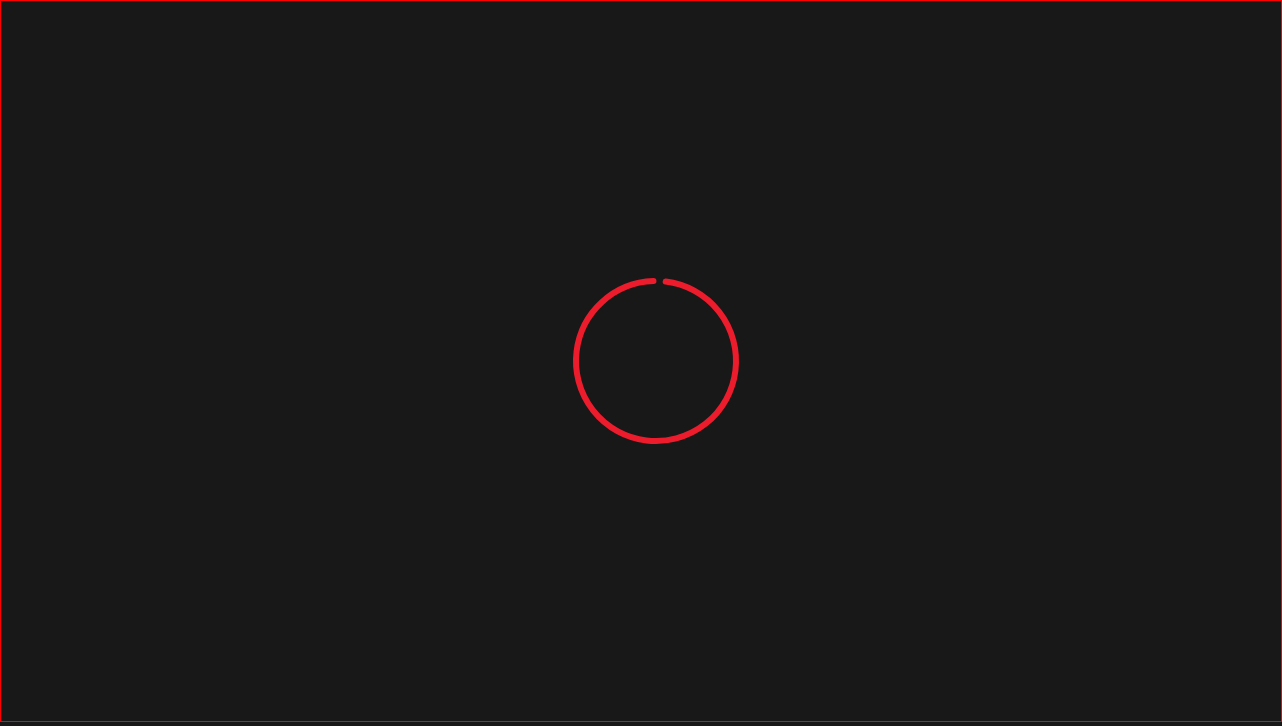
Repository: randy918/chris-canvas-52323
Page: index.html
An editor plug-in stored every save of this project. The page is shown before and after the next save, followed by the edit.
The browser window is 1280 px wide. The page is 1282 px wide, so the pictures cover 1282 px, including what lies to the right of the window. The pictures show the whole page.
The style sheet was rebuilt from its Sass, Less or Tailwind sources for each picture, by a compiler version that may differ from the author's.

Above is the page before, as saved 2023-05-28 16:29:58.

After the next save:
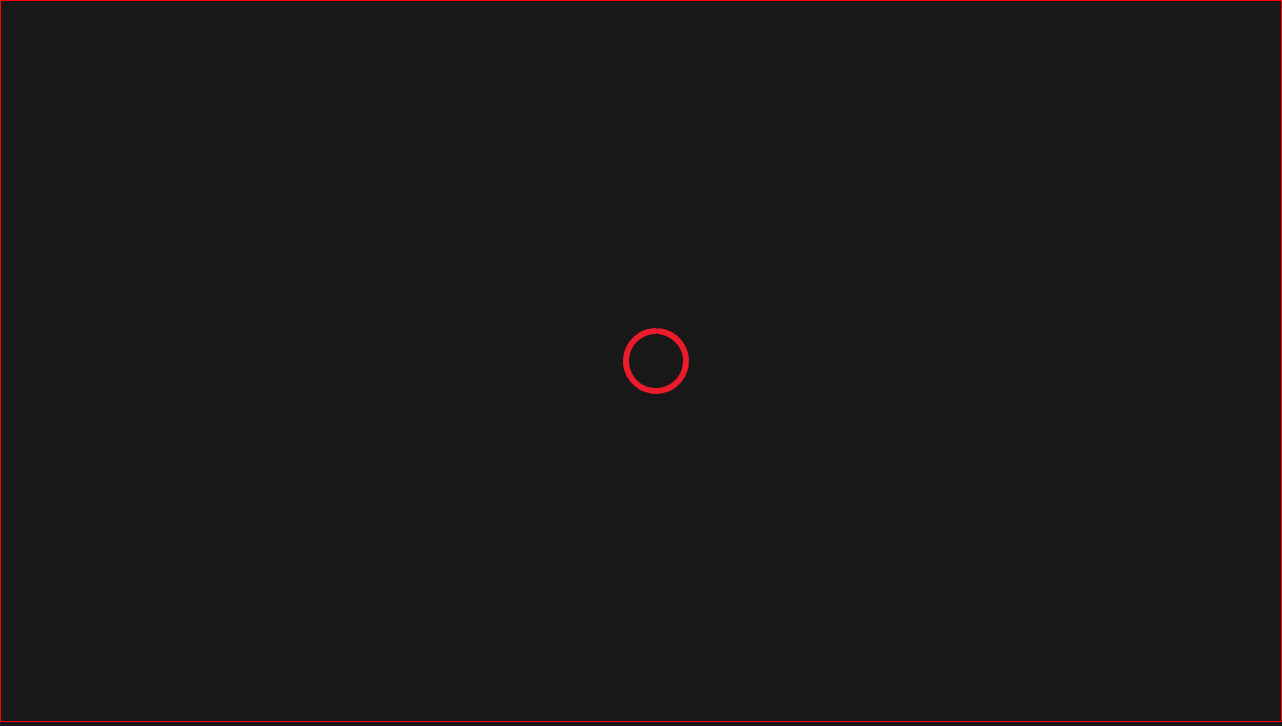
Saved 10 s later.
--- a/js/canvas.js
+++ b/js/canvas.js
@@ -42,7 +42,7 @@ const main = function () {
 
 		requestAnimationFrame(c_Animate);
 
-		c_Circle(centerX, centerY, 80);
+		c_Circle(centerX, centerY, 30);
 
 		centerX += dx;
 	};
